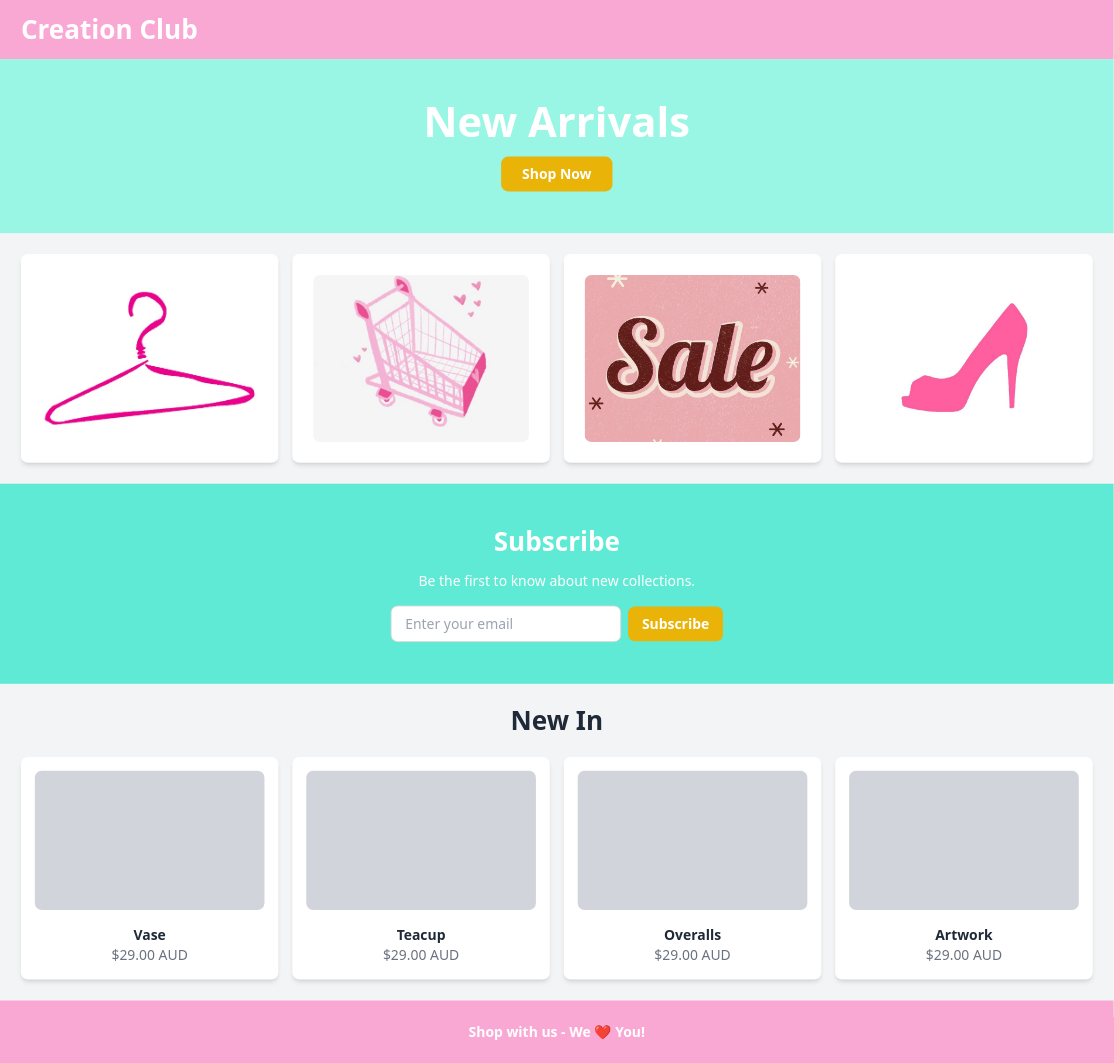
Repository: prathyushaa5/BuyYours
Page: / (app in Frontend/)
An editor plug-in stored every save of this project. The page is shown before and after the next save, followed by the edit.
The browser window is 1280 px wide. The pictures show the whole page, at 87% of full size.
The project was rebuilt for these pictures with package versions that can differ from the ones it lists, and the page was loaded fresh each time. Also part of the build but not shown: Frontend/vite.config.js, Frontend/src/components/Login.jsx, Frontend/src/components/Signup.jsx, Frontend/src/components/Home.jsx.

Above is the page before, as saved 2025-02-13 17:37:27.

### Frontend/src/App.jsx
import { BrowserRouter as Router, Routes, Route } from "react-router-dom";
import { useState } from "react";
import Main from "./components/Main";
import Login from "./components/Login";
import Signup from "./components/Signup";
import Home from "./components/Home";

export default function App() {
  const [token, setToken] = useState(null);

  const handleLogin = (userToken) => {
    setToken(userToken);
  };

  return (
    <Router>
      <Routes>
        {/* Show Main page first */}
        <Route path="/" element={<Main />} />

        {/* Login Page */}
        <Route path="/login" element={<Login onLogin={handleLogin} />} />

        {/* Signup Page */}
        <Route path="/signup" element={<Signup />} />

        {/* Home Page (Protected) */}
        <Route path="/home" element={token ? <Home /> : <Login onLogin={handleLogin} />} />
      </Routes>
    </Router>
  );
}

### Frontend/src/components/Main.jsx
import image1 from "../assets/cards/hanger.jpeg";
import image2 from "../assets/cards/pink.jpeg";
import image3 from "../assets/cards/sale.jpeg";
import image4 from "../assets/cards/shoes.jpeg";
import { useNavigate } from "react-router-dom";
export default function MainPage() {
  const navigate = useNavigate();
  return (
    <div className="bg-gray-100 min-h-screen text-gray-800">
      {/* Navbar */}
      <nav className="bg-pink-300 py-4 px-6 flex justify-between items-center">
        <h1 className="text-3xl font-bold text-white">Creation Club</h1>
      </nav>

      {/* Hero Section */}
      <section className="flex flex-col items-center text-center py-12 bg-teal-200">
        <h2 className="text-5xl font-extrabold text-white mb-4">New Arrivals</h2>
        <button className="bg-yellow-500 px-6 py-2 text-white font-bold rounded-lg hover:bg-yellow-600" onClick={()=>navigate("/login")}>Shop Now</button>
      </section>

      {/* Categories (Replaced with Images) */}
      <div className="grid grid-cols-2 md:grid-cols-4 gap-4 p-6">
        {[image1, image2, image3, image4].map((image, index) => (
          <div key={index} className="bg-white p-6 text-center rounded-lg shadow-md h-60">
            <img src={image} alt={`Category ${index + 1}`} className="w-full h-full object-cover rounded-lg" />
          </div>
        ))}
      </div>

      {/* Subscribe Section */}
      <section className="bg-teal-300 text-center py-12">
        <h3 className="text-3xl font-extrabold text-white mb-4">Subscribe</h3>
        <p className="text-white">Be the first to know about new collections.</p>
        <input type="email" placeholder="Enter your email" className="mt-4 px-4 py-2 rounded-lg border border-gray-300" />
        <button className="ml-2 bg-yellow-500 px-4 py-2 text-white font-bold rounded-lg hover:bg-yellow-600">Subscribe</button>
      </section>

      {/* Products */}
      <section className="p-6">
        <h3 className="text-3xl font-bold text-center mb-6">New In</h3>
        <div className="grid grid-cols-2 md:grid-cols-4 gap-4">
          {["Vase", "Teacup", "Overalls", "Artwork"].map((product, index) => (
            <div key={index} className="bg-white p-4 rounded-lg shadow-md text-center">
              <div className="bg-gray-300 h-40 rounded-lg mb-4"></div>
              <p className="font-bold">{product}</p>
              <p className="text-gray-500">$29.00 AUD</p>
            </div>
          ))}
        </div>
      </section>

      {/* Footer */}
      <footer className="bg-pink-300 text-center py-6 text-white font-bold">
        Shop with us - We ❤️ You!
      </footer>
    </div>
  );
}

Loaded but not shown: Frontend/index.html (common file); Frontend/src/main.jsx (common file); Frontend/src/index.css (common file); Frontend/tailwind.config.js (common file)

After the next save:
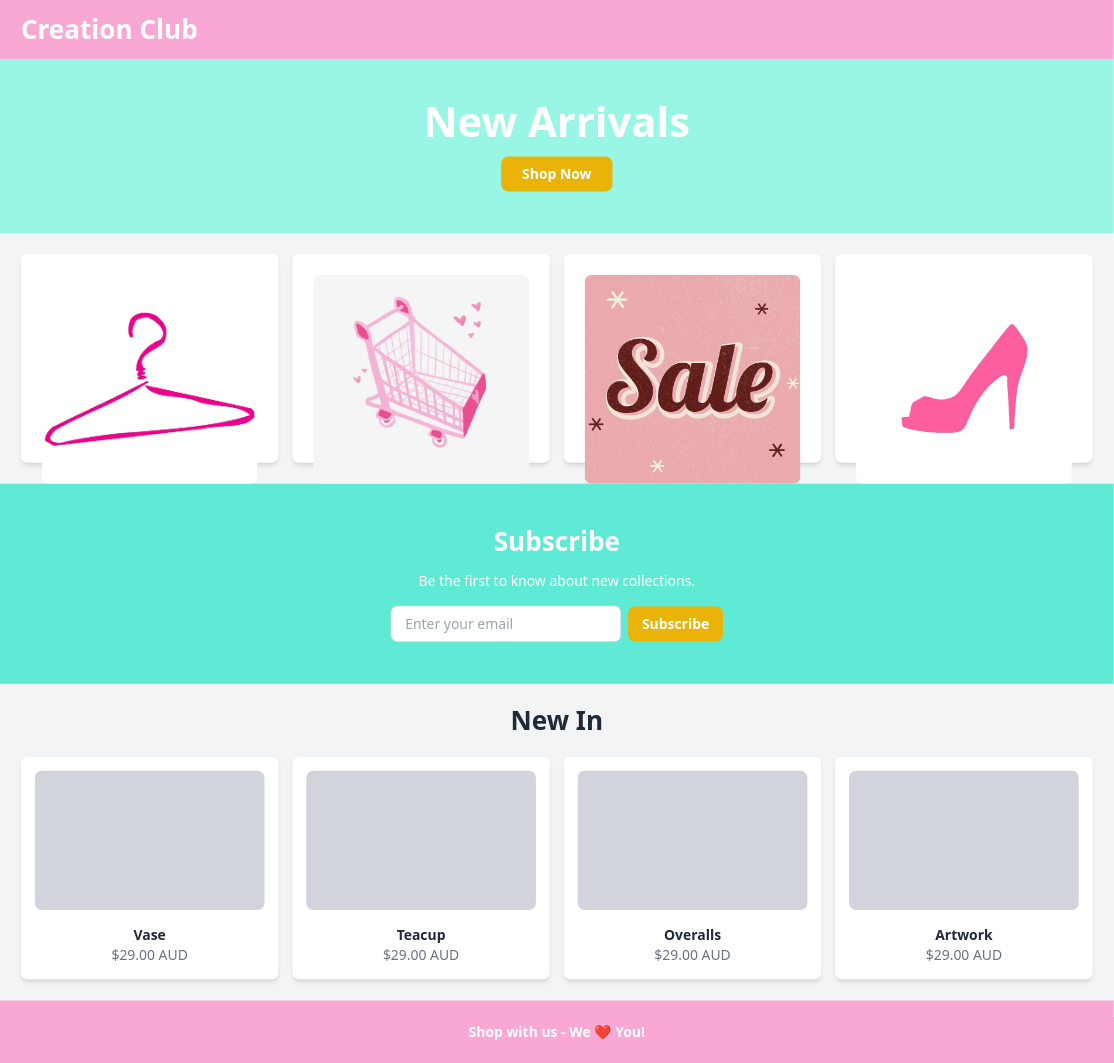
Saved 103 s later.
--- a/Frontend/src/components/Main.jsx
+++ b/Frontend/src/components/Main.jsx
@@ -22,7 +22,7 @@ export default function MainPage() {
       <div className="grid grid-cols-2 md:grid-cols-4 gap-4 p-6">
         {[image1, image2, image3, image4].map((image, index) => (
           <div key={index} className="bg-white p-6 text-center rounded-lg shadow-md h-60">
-            <img src={image} alt={`Category ${index + 1}`} className="w-full h-full object-cover rounded-lg" />
+            <img src={image} alt={`Category ${index + 1}`} className="w-full h-60 object-cover rounded-lg" />
           </div>
         ))}
       </div>
